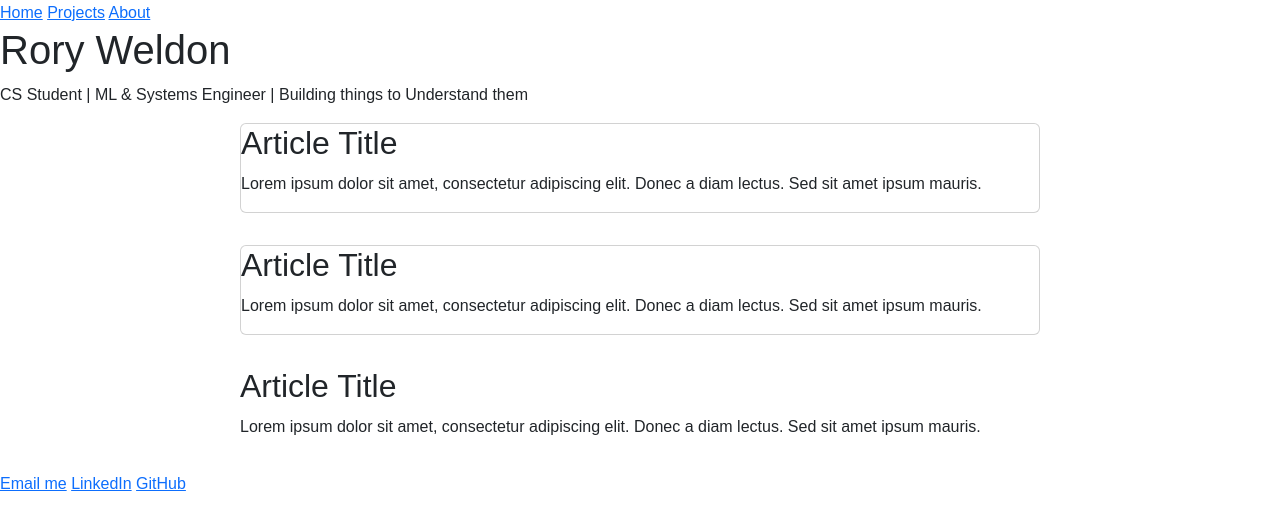
Repository: Art3misF0wl90/Portfolio
Page: index.html
The author's editor kept a copy of each file at every save. The page is drawn from the files as they stood at one save, then again after a run of saves.
The browser window is 1280 px wide. The pictures show the whole page.

Above is the page before, as saved 2026-06-17 18:53:44.

### index.html
<!doctype html>
<html lang="en">
  <!-- This is a simple portfolio website for Rory Weldon, a CS student with interests in ML and systems engineering. The website includes a navigation bar, header, main content area with project teasers, and a footer with contact information. -->
  <head>
    <meta charset="UTF-8" />
    <meta name="viewport" content="width=device-width, initial-scale=1.0" />
    <title>Rory Weldon - Portfolio</title>
    <link
      href="https://cdn.jsdelivr.net/npm/bootstrap@5.3.8/dist/css/bootstrap.min.css"
      rel="stylesheet"
      integrity="sha384-sRIl4kxILFvY47J16cr9ZwB07vP4J8+LH7qKQnuqkuIAvNWLzeN8tE5YBujZqJLB"
      crossorigin="anonymous"
    />
    <link rel="stylesheet" href="style.css" />
  </head>
  <!-- this is the main content area -->
  <body>
    <!-- Navigation bar -->
    <nav>
      <a href="index.html">Home</a>
      <a href="projects.html">Projects</a>
      <a href="about.html">About</a>
    </nav>

    <!-- Header content -->
    <header>
      <h1>Rory Weldon</h1>
      <p>
        CS Student | ML & Systems Engineer | Building things to Understand them
      </p>
    </header>

    <main>
      <!-- Main content - Teasers for projects-->
      <article class="card">
        <h2>Article Title</h2>
        <p>
          Lorem ipsum dolor sit amet, consectetur adipiscing elit. Donec a diam
          lectus. Sed sit amet ipsum mauris.
        </p>
      </article>
      <article class="card">
        <h2>Article Title</h2>
        <p>
          Lorem ipsum dolor sit amet, consectetur adipiscing elit. Donec a diam
          lectus. Sed sit amet ipsum mauris.
        </p>
      </article>
      <article>
        <h2>Article Title</h2>
        <p>
          Lorem ipsum dolor sit amet, consectetur adipiscing elit. Donec a diam
          lectus. Sed sit amet ipsum mauris.
        </p>
      </article>
    </main>
    <!-- Footer content -->
    <footer>
      <a href="mailto:lweldon2@students.kennesaw.edu">Email me</a>
      <a href="https://www.linkedin.com/in/rory-weldon-5829ab297/">LinkedIn</a>
      <a href="https://github.com/Art3misF0wl90">GitHub</a>
    </footer>
  </body>
</html>

### style.css
body {
  font-family: sans-serif;
  /* resetting the browser's default page margin */
  margin: 0;
  line-height: 1.6;
}

main {
  /*caps line length so text stays readable on wide screens*/
  max-width: 800px;
  /*auto L/R margins center the fixed-width block*/
  margin: 0 auto;
}

article {
  /*space between teasers - em = relative to font size*/
  margin-bottom: 2em;
}

After the next 3 saves:
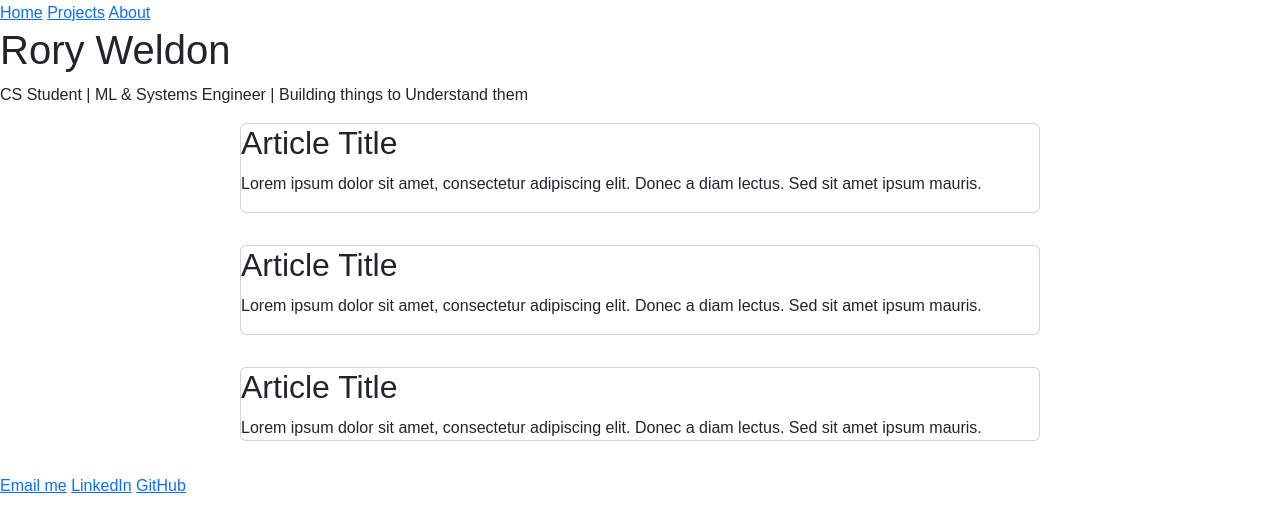
The 3 saves are shown as one change because they came seconds apart.
The last was saved 3 min 12 s later.
--- a/index.html
+++ b/index.html
@@ -46,9 +46,9 @@
           lectus. Sed sit amet ipsum mauris.
         </p>
       </article>
-      <article>
-        <h2>Article Title</h2>
-        <p>
+      <article class="card">
+        <h2 class="card-title">Article Title</h2>
+        <p class="card-text">
           Lorem ipsum dolor sit amet, consectetur adipiscing elit. Donec a diam
           lectus. Sed sit amet ipsum mauris.
         </p>
